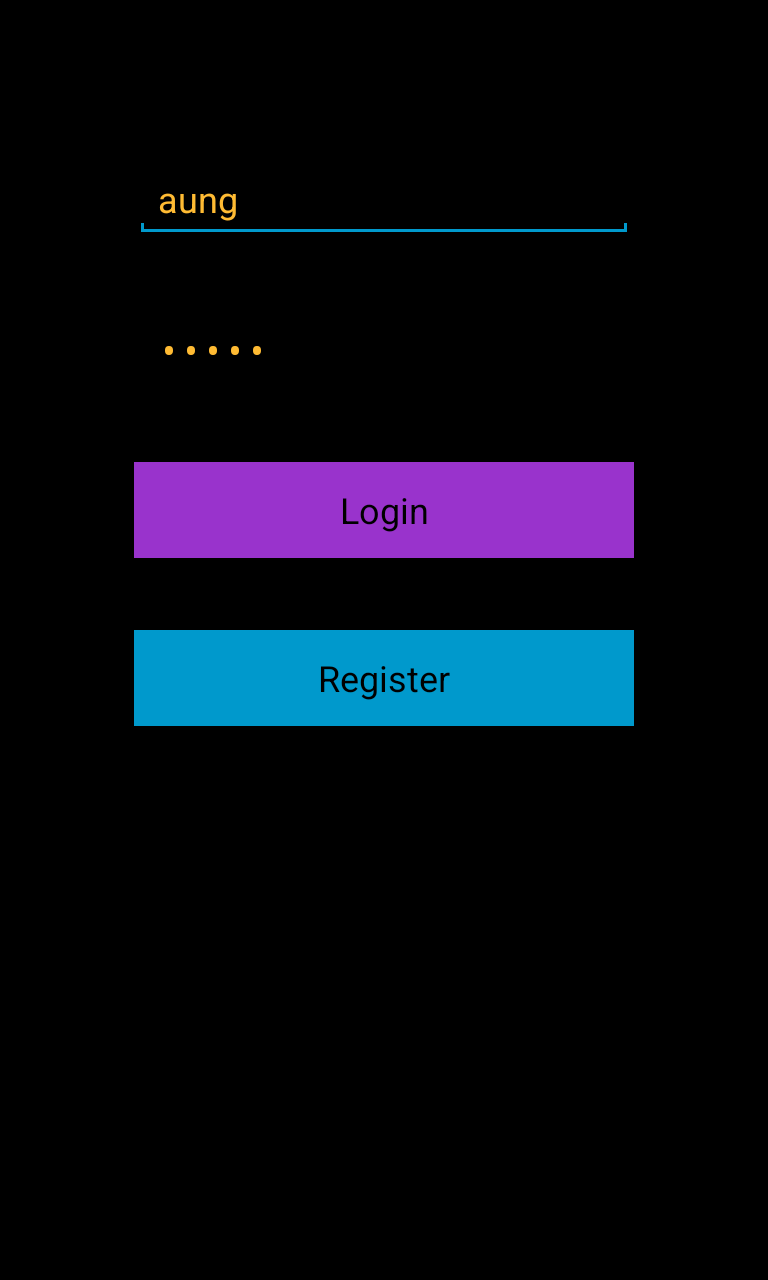
Repository: AungWinnHtut/projAndroid
Layout: com.engineer4myanmar.json.MainActivity/res/layout/activity_main.xml
These files come from the project's save history. The layout is drawn as it stood at one moment and after the next save; the edit follows.
It is drawn on a 768 x 1280 px phone screen (xhdpi) without system bars, with theme AppTheme; the app's code is not run.

Above is the layout before, as saved 2015-08-29 21:57:53.

After the next save:
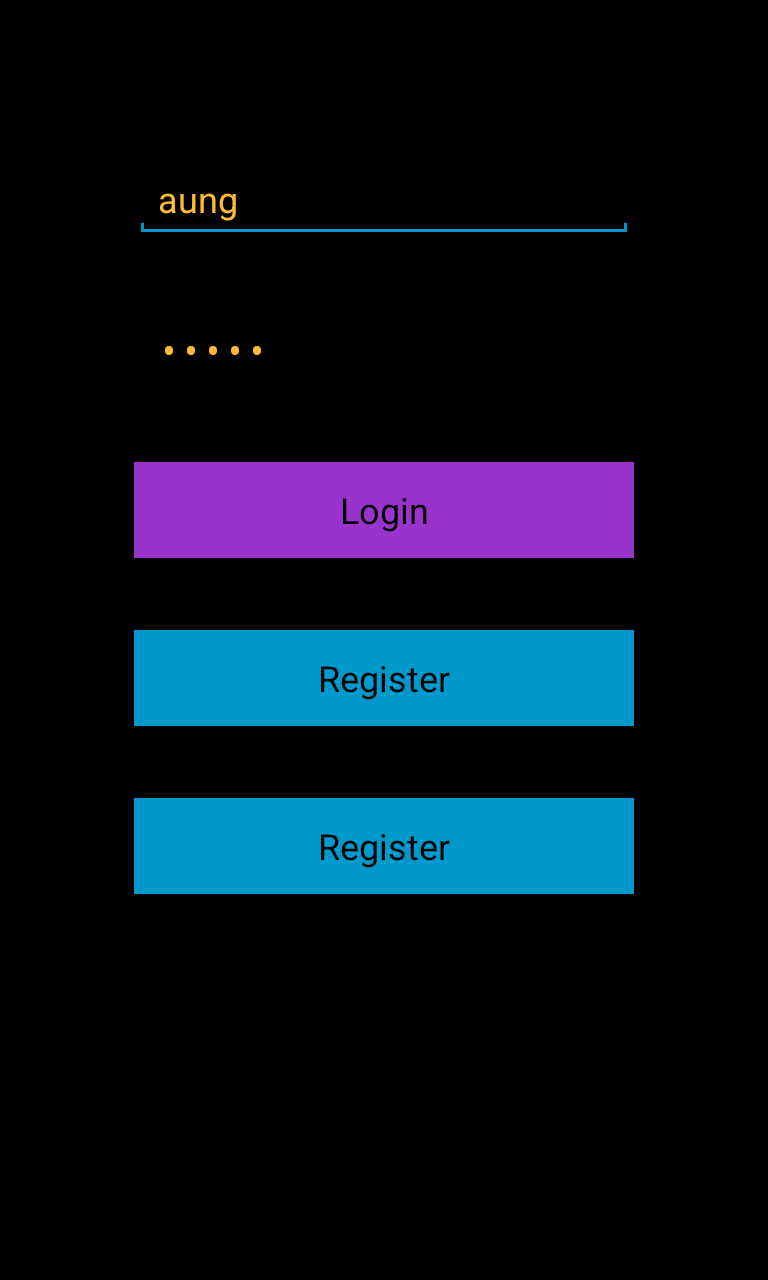
Saved 29 s later.
--- a/com.engineer4myanmar.json.MainActivity/res/layout/activity_main.xml
+++ b/com.engineer4myanmar.json.MainActivity/res/layout/activity_main.xml
@@ -52,5 +52,14 @@
         android:onClick="funRegister"
         android:background="#0099cc"
         android:text="Register" />
+    <Button
+        android:id="@+id/btnGPS"
+       android:layout_width="250dp"
+        android:layout_height="wrap_content"
+       android:layout_gravity="center"
+        android:layout_marginTop="36dp"
+        android:onClick="funRegister"
+        android:background="#0099cc"
+        android:text="Register" />
 
 </LinearLayout>
